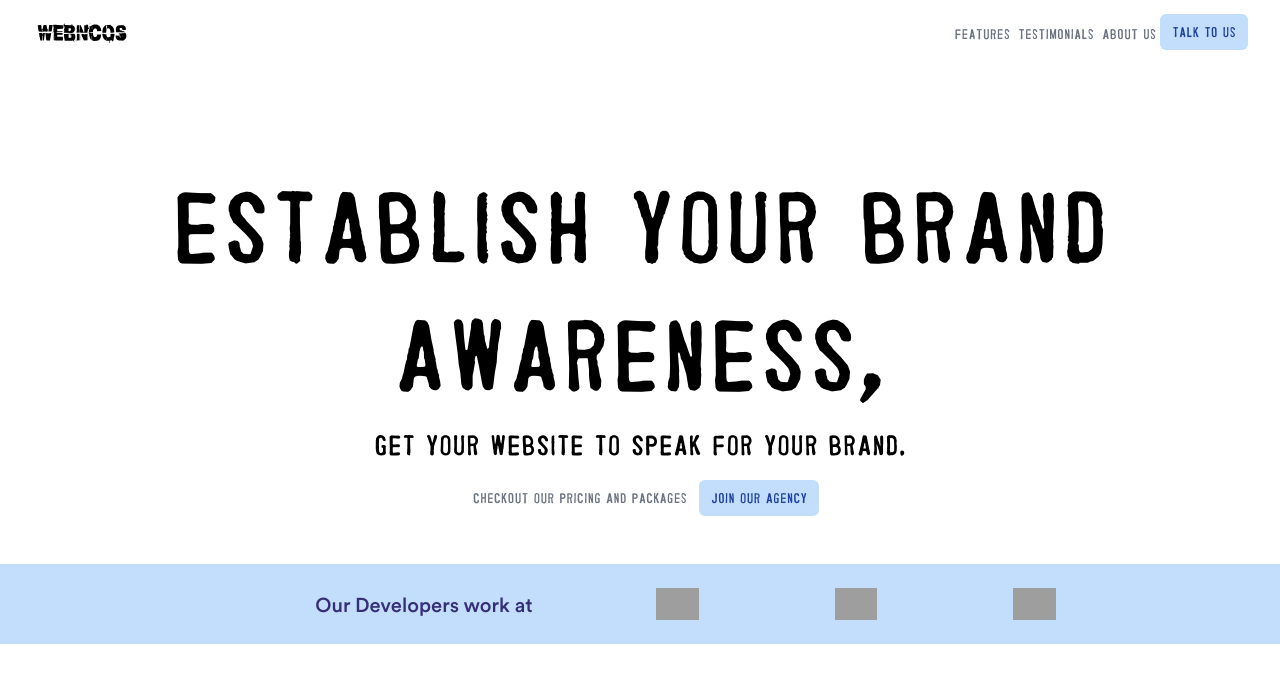
Repository: 1realjulius/webncos
Page: /
An editor plug-in stored every save of this project. The page is shown before and after the next save, followed by the edit.
The browser window is 1280 px wide. The pictures show the whole page.
Pictures or frames that could not be fetched are drawn as grey boxes. The project was rebuilt for these pictures with package versions that can differ from the ones it lists, and the page was loaded fresh each time. The framework's server and built-in components were replaced by stand-ins that run in the browser. Also part of the build but not shown: next.config.js.

Above is the page before, as saved 2022-09-02 06:18:06.

After the next save:
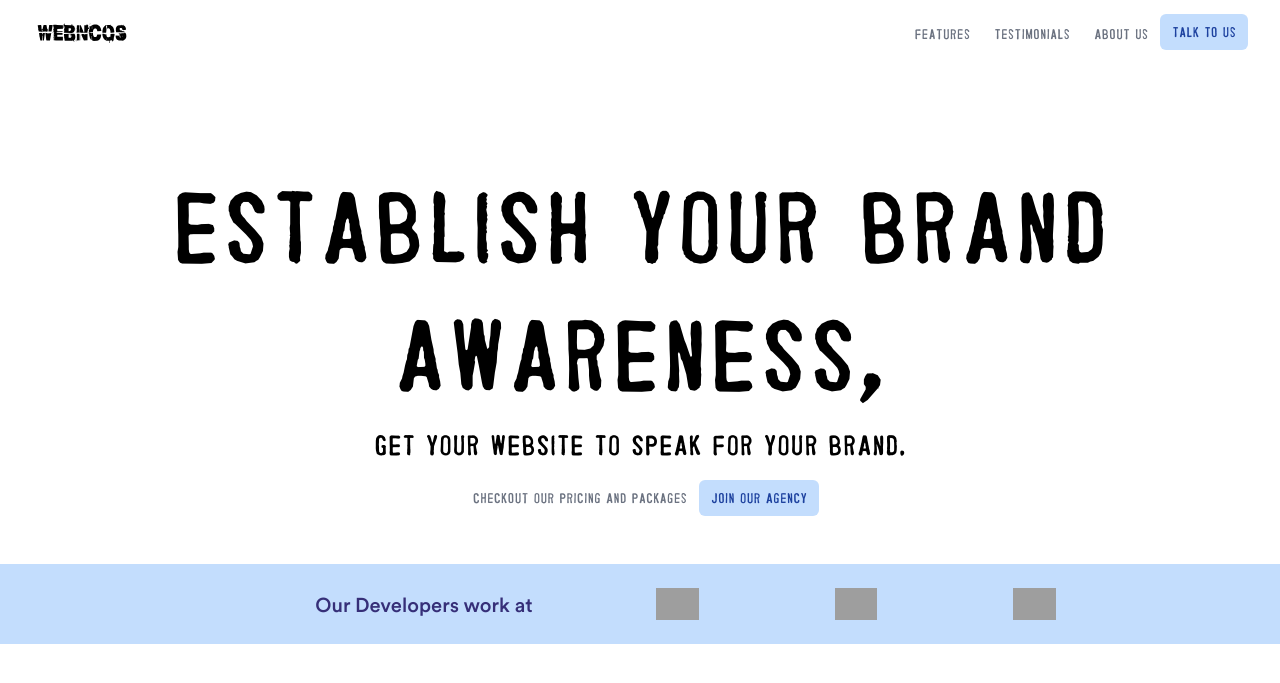
Saved 59 s later.
--- a/components/NavigationBar.tsx
+++ b/components/NavigationBar.tsx
@@ -34,19 +34,19 @@ export default function NavigationBar() {
               <div className="hidden sm:ml-6 sm:flex sm:items-center">
                 <a
                   href="#"
-                  className="text-gray-500 text-lg hover:text-gray-900 inline-flex items-center px-1 pt-1 "
+                  className="text-gray-500 text-lg hover:text-gray-900 inline-flex items-center px-3 pt-1 "
                 >
                   Features
                 </a>
                 <a
                   href="#"
-                  className=" text-gray-500 hover:text-gray-900 inline-flex items-center px-1 pt-1  text-lg"
+                  className=" text-gray-500 hover:text-gray-900 inline-flex items-center px-3 pt-1  text-lg"
                 >
                   Testimonials
                 </a>
                 <a
                   href="#"
-                  className=" text-gray-500 hover:text-gray-900 inline-flex items-center px-1 pt-1  text-lg"
+                  className=" text-gray-500 hover:text-gray-900 inline-flex items-center px-3 pt-1  text-lg"
                 >
                   About Us
                 </a>
